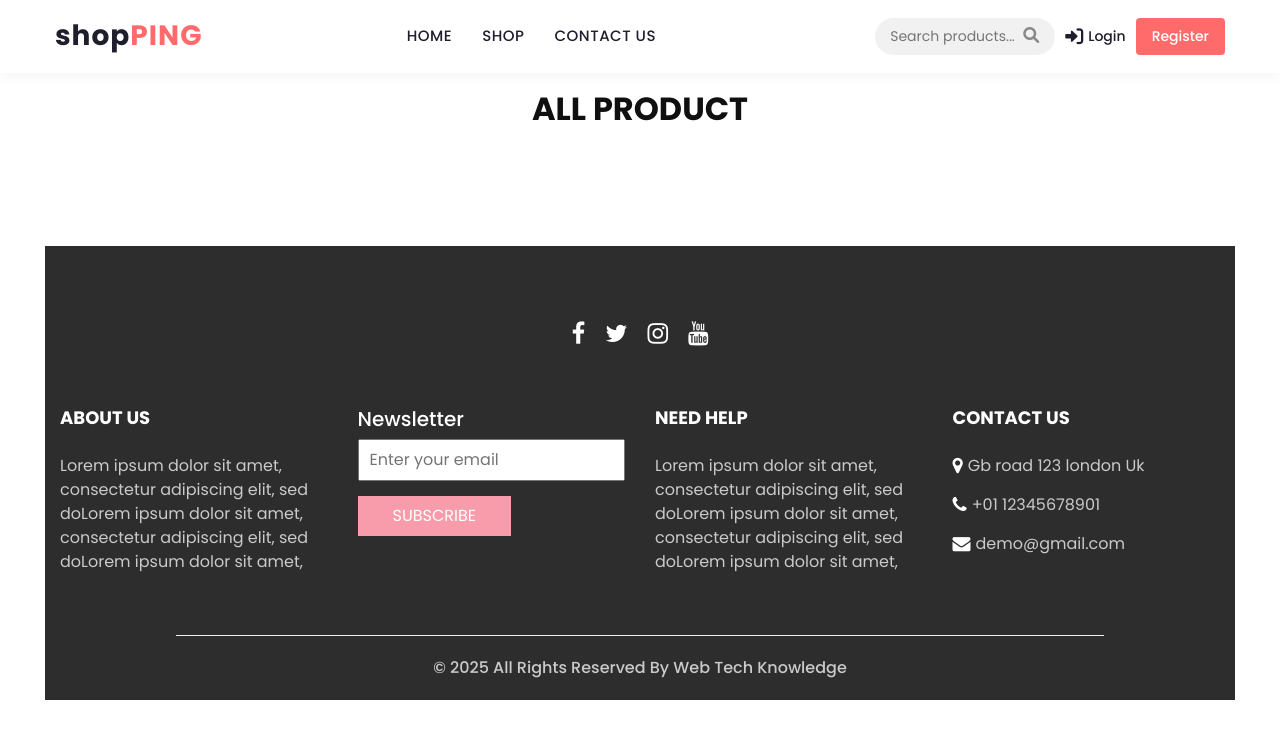
Repository: hahuuchinh2501/ecommerce_project
Page: http://localhost/view_shop
An editor plug-in stored every save of this project. The page is shown before and after the next save, followed by the edit.
The browser window is 1280 px wide. The pictures show the whole page.
The page is served by the project's Laravel application, run on PHP 8.4 with Laravel 12. Queries for data that is not in the repository find no rows.

Above is the page before, as saved 2025-04-11 13:20:11.

After the next save:
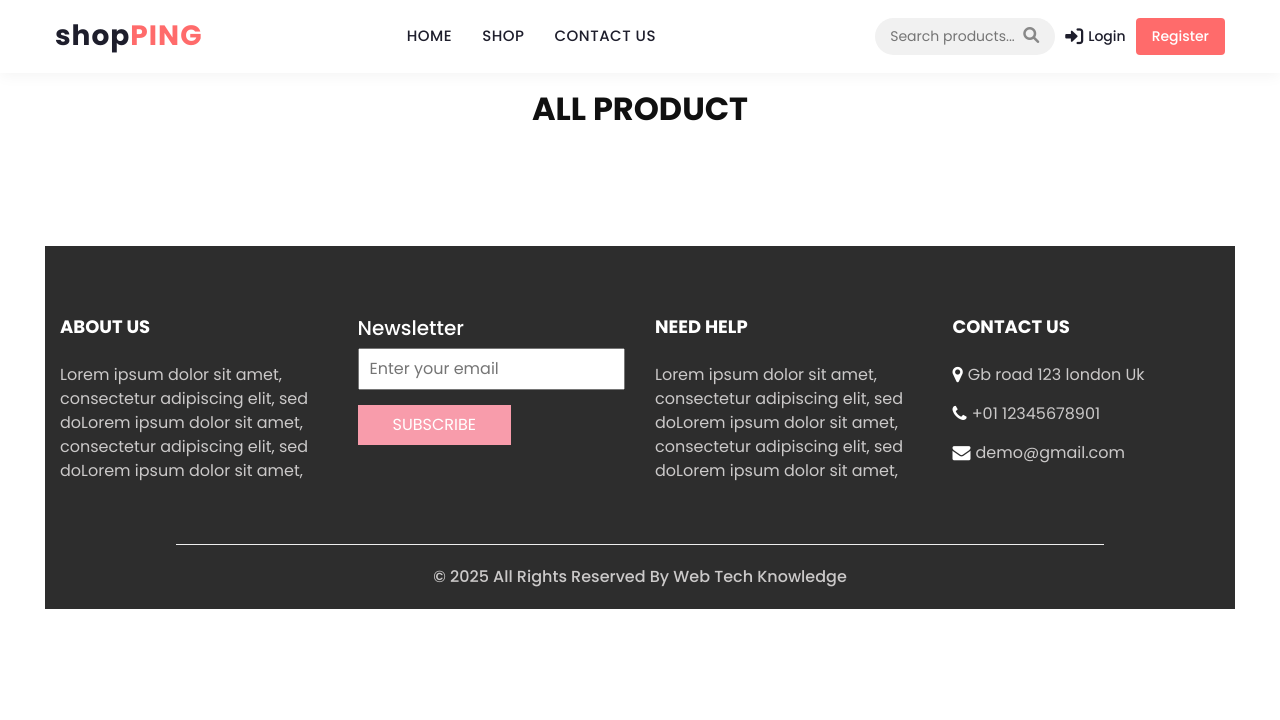
Saved 16 days later.
--- a/resources/views/home/footer.blade.php
+++ b/resources/views/home/footer.blade.php
@@ -1,20 +1,5 @@
 <section class="info_section  layout_padding2-top">
-    <div class="social_container">
-      <div class="social_box">
-        <a href="">
-          <i class="fa fa-facebook" aria-hidden="true"></i>
-        </a>
-        <a href="">
-          <i class="fa fa-twitter" aria-hidden="true"></i>
-        </a>
-        <a href="">
-          <i class="fa fa-instagram" aria-hidden="true"></i>
-        </a>
-        <a href="">
-          <i class="fa fa-youtube" aria-hidden="true"></i>
-        </a>
-      </div>
-    </div>
+
     <div class="info_container ">
       <div class="container">
         <div class="row">
